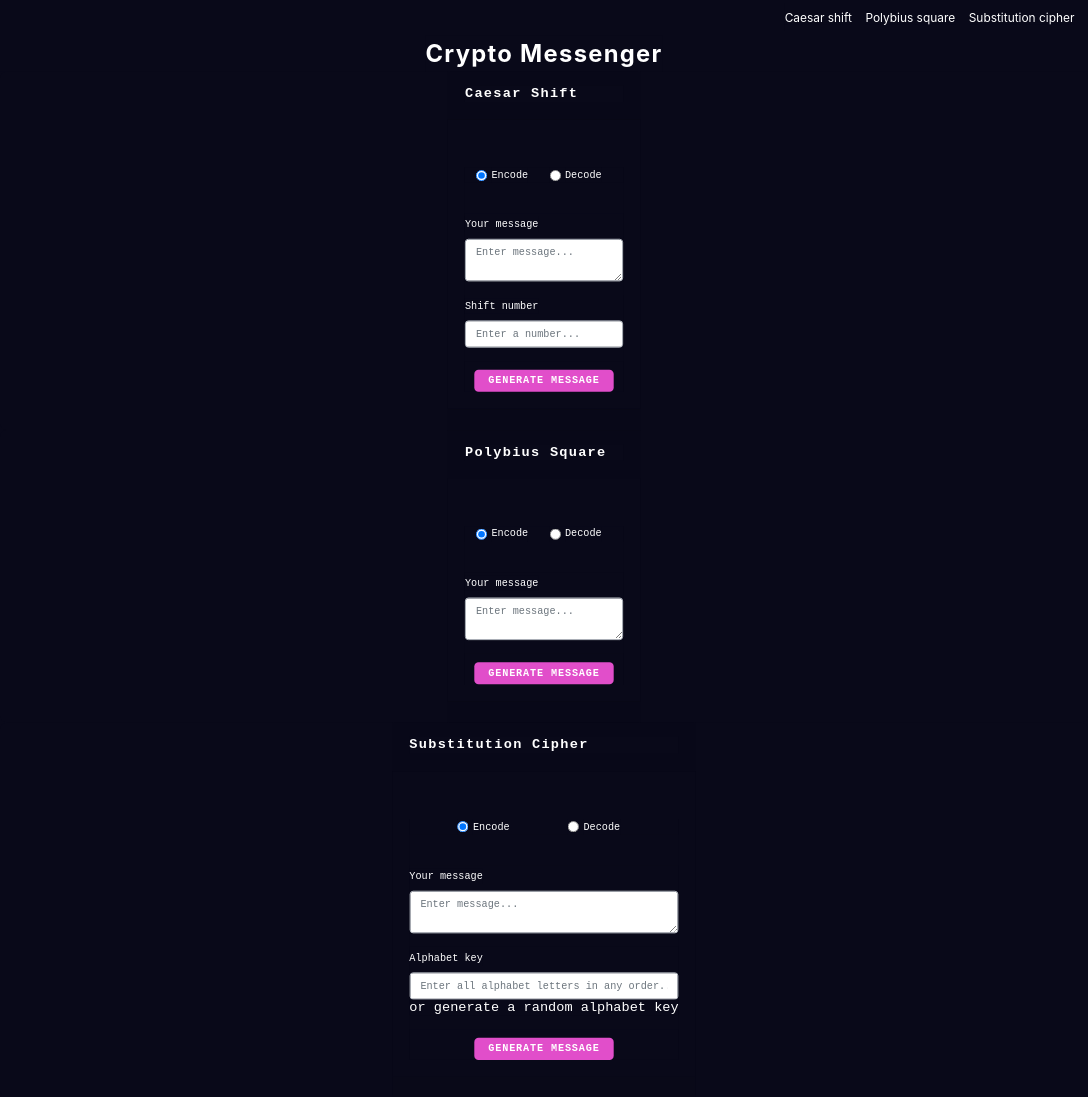
Repository: Rthompson2548/Project-Decoder-Ring
Page: index.html
The author's editor kept a copy of each file at every save. The page is drawn from the files as they stood at one save, then again after the next save.
The browser window is 1280 px wide. The pictures show the whole page, at 85% of full size.

Above is the page before, as saved 2022-04-09 20:10:26.

### index.html
<!DOCTYPE html>
<html lang="en">

<head>
  <!-- Required meta tags -->
  <meta charset="utf-8" />
  <meta name="viewport" content="width=device-width, initial-scale=1, shrink-to-fit=no" />
  <link rel="icon" href="images/favicon.ico" />
  <link rel="stylesheet" type="text/css" href="index.css" />
  <link rel="stylesheet" href="https://stackpath.bootstrapcdn.com/bootstrap/4.5.2/css/bootstrap.min.css"
    integrity="sha384-JcKb8q3iqJ61gNV9KGb8thSsNjpSL0n8PARn9HuZOnIxN0hoP+VmmDGMN5t9UJ0Z" crossorigin="anonymous" />
<link rel="preconnect" href="https://fonts.googleapis.com">
<link rel="preconnect" href="https://fonts.gstatic.com" crossorigin>
<link href="https://fonts.googleapis.com/css2?family=Archivo&family=Montserrat&family=Work+Sans&display=swap"
  rel="stylesheet">
  <title>Crypto-Messenger</title>
</head>

<body>
  <header class="container-fluid border-0">
    <div class="nav-bar fixed-top">
      <div class="nav-bar">
        <a href="#caesar-shift"> <span class="nav-bar-item">
            Caesar shift
          </span> </a>
          <a href="#polybius-square"> <span class="nav-bar-item">
            Polybius square
          </span> </a>
          <a href="#substitution-cipher"> <span class="nav-bar-item">
            Substitution cipher
          </span> </a>
      </div>
    </div>
  </header>
  <main>
    <div class="header">
      <span class="page-title">
        Crypto Messenger
      </span>
      <!-- <p>Use ciphers to encode & decode messages</p> -->
      </div>

    <div class="page-content">
      <!-- Caesar Shift -->
      <section class="language-card">
        <div id="caesar-shift">
          <div class="card-header">
            <h2 class="language-card-title">Caesar Shift</h2>
            </div>
            <div class="card-body">
            <!-- <p class="language-card-description"> The Caesar Shift is a type of substitution cipher originally used by
              Julius Caesar to protect messages of military significance. It relies on taking the alphabet and
              "shifting" letters to the right or left, based on the typical alphabetic order. </p> -->
            <form id="caesar">
<!-- encode/decode radio option buttons -->
              <div class="encode-decode-options">
                <!-- encode option radio button -->
                <div class="form-check form-check-inline">
                  <input class="form-check-input" type="radio" name="caesar-options" id="caesar-options-encode" value="encode" checked />

                  <label class="form-check-label" for="caesar-options-encode">
                    Encode
                  </label>

                </div>
<!-- decode option radio button -->
                <div class="form-check form-check-inline">
                  <input class="form-check-input" type="radio" name="caesar-options" id="caesar-options-decode" value="decode" />

                  <label class="form-check-label" for="caesar-options-decode">
                    Decode
                  </label>

                </div>
              </div>

              <div class="form-group">
                <label for="caesar-input">Your message</label>
                <textarea class="form-control" id="caesar-input" rows="2" placeholder="Enter message..."></textarea>
                </div>
                <div class="form-group">
                  <label for="caesar-shift">Shift number</label>
                  <input type="number" class="form-control" id="caesar-shift" placeholder="Enter a number..." />
                </div>
              <div class="submit-button-container">
                <button class="submit-button" type="submit">GENERATE MESSAGE</button>
              </div>
            </form>
            </div>
          <div id="caesar-alert" class="alert alert-danger d-none" role="alert"> Something went wrong! Check your input
            and the shift amount and try again. </div>
          <div class="card-footer"><span class="font-weight-bold" id="caesar-output"></span> </div>
          </div>
          </section>
      <!-- Polybius -->
      <section class="language-card">
        <div id="polybius-square">
          <div class="card-header">
            <h2 class="language-card-title">Polybius Square</h2>
            </div>
            <div class="card-body">
            <!-- <p class="language-card-description"> The Polybius Square is a cipher that is achieved by arranging a
              typical alphabet into a grid. Each letter is represented through a coordinate. For example, in the above
              table, the letter "B" would be represented by the numerical pair "21". </p> -->
            <form id="polybius">
              <div class="encode-decode-options">
                <div class="form-check form-check-inline">
                  <input class="form-check-input" type="radio" name="polybius-options" id="polybius-options-encode" value="encode"
                    checked />
                  <label class="form-check-label" for="polybius-options-encode">Encode</label>
                </div>
                <div class="form-check form-check-inline">
                  <input class="form-check-input" type="radio" name="polybius-options" id="polybius-options-decode" value="decode" />
                  <label class="form-check-label" for="polybius-options-decode">Decode</label>
                </div>
              </div>
              <div class="form-group">
                <label for="polybius-input">Your message</label>
                <textarea class="form-control" id="polybius-input" rows="2" placeholder="Enter message..."></textarea>
                </div>
              <div class="submit-button-container">
                <button class="submit-button" type="submit">GENERATE MESSAGE</button>
              </div>
            </form>
            </div>
          <div id="polybius-alert" class="alert alert-danger d-none" role="alert"> Something went wrong! Check your
            input and try again. </div>
          <div class="card-footer"><span class="font-weight-bold" id="polybius-output"></span> </div>
          </div>
          </section>
      <!-- Substitution -->
      <section class="language-card" id="substitution-cipher">
        <div>
          <div class="card-header">
            <h2 class="language-card-title">Substitution Cipher</h2>
            </div>
            <div class="card-body">

            <form id="substitution">
              <div class="encode-decode-options">
                <div class="form-check form-check-inline">
                  <input class="form-check-input" type="radio" name="substitution-options" id="substitution-options-encode"
                    value="encode" checked />
                  <label class="form-check-label" for="substitution-options-encode">Encode</label>
                </div>
                <div class="form-check form-check-inline">
                  <input class="form-check-input" type="radio" name="substitution-options" id="substitution-options-decode"
                    value="decode" />
                  <label class="form-check-label" for="substitution-options-decode">Decode</label>
                </div>
              </div>
              <div class="form-group">
                <label for="substitution-input">Your message</label>
                <textarea class="form-control" id="substitution-input" rows="2" placeholder="Enter message..."></textarea>
                </div>
                <div class="form-group">
                  <label for="substitution-alphabet">Alphabet key</label>
                  <input type="text" class="form-control" id="substitution-alphabet" maxlength="26"
                    placeholder="Enter all alphabet letters in any order...." />
<h6>or generate a random alphabet key</h6>
                </div>
              <div class="submit-button-container">
                <button class="submit-button" type="submit">GENERATE MESSAGE</button>
              </div>
            </form>
            </div>
          <div id="substitution-alert" class="alert alert-danger rounded-0 d-none" role="alert"> Something went wrong!
            Check your input and alphabet key. </div>
          <div class="card-footer border-0"><span class="font-weight-bold" id="substitution-output"></span> </div>
          </div>
          </section>
    </div>

  </main>
  <script src="./scripts/setup.js"></script>
  <script src="./src/caesar.js"></script>
  <script src="./src/polybius.js"></script>
  <script src="./src/substitution.js"></script>
  <script src="./scripts/caesar.js"></script>
  <script src="./scripts/polybius.js"></script>
  <script src="./scripts/substitution.js"></script>
</body>

</html>

### index.css
* {
  background-color: rgb(9 9 25);
  color: #fff;
  margin: 0;
  padding: 0;
}

html, body, #page {
    height:100%;
    width:100%;
    margin:0;
    padding:0;
}

input, textarea {
  font-size: 12px !important;
}

.page-content {
  font-family: 'Space Mono', monospace;
  align-items: center;
  /* width: 750px; */
}

.page-title {
  color: #fff;
  font-size: 28px;
  font-weight: bold;
  display: flex;
  letter-spacing: 1.5px;
  justify-content: center;
  margin-top: 42px;
}

.nav-bar {
  display: flex;
  justify-content: center;
  padding: 4px 0;
}

.nav-bar-item {
  font-size: 14px;
  margin-right: 16px;
}

.header {
  display: flex;
  justify-content: center;
}

.encode-decode-options {
  display: flex;
  justify-content: space-evenly;
  margin: 36px 0;
  font-size: 15px;
}

.language-card {
  display: flex;
  justify-content: center !important;
  color: #000;
  border: none;
  border-radius: 8px;
  /* margin: 0 10%; */
}

.language-card-title {
  font-size: 20px;
  font-weight: bold;
  letter-spacing: 1.5px;
  margin-top: 5px;
}

.language-card-description {
  font-size: 14px;
  line-height: 1.5rem;
  letter-spacing: 0.5px;
  margin-bottom: 18px;
}

.submit-button-container {
  display: flex;
  justify-content: center;
}

.submit-button {
  background-color: rgb(225 78 202);
  border: none;
  color: #fff;
  border-radius: 5px;
  padding: 4px 16px;
  margin-top: 10px;
  font-size: 12px;
  letter-spacing: 1px;
  font-weight: bold;
}

@media (min-width: 1000px) {

  .page-content {

  }

  .nav-bar {
    justify-content: end;
  }

  .language-card-title {
    font-size: 16px;
  }

  .language-card-description {
    font-size: 12px;
  }

  label {
    font-size: 12px;
  }
}

### src/caesar.js
const caesarModule = (function() {
    function caesar(input, shift, encode = true) {
        if (!shift || shift === 0 || shift < -25 || shift > 25) return false;
        /* create a variable that takes the input value and converts it to lower case letters so that all characters have the correct ascii values */
        let word = input.toLowerCase().split("");

        /** will subtract the shift value from the word if "decode" to return the original letters of the word */
        if (!encode) shift = 0 - shift;
        // create a variable that maps each letter of the word
        const message = word.map((letter) => {
            let asciiValue = letter.charCodeAt(0) - 97;
            if (asciiValue < 0 || asciiValue > 26) return letter;

            /* add the ascii code value of the letter to the
            shift argument value to convert  it to the right
            character */
            asciiValue += shift;

            /* if the character's value is less than the 'a' value,
            add 26 to it so that it wraps around the alphabet. */
            if (asciiValue < 0) asciiValue += 26;
            asciiValue = asciiValue % 26;

            /* why do we add the ascii value to 97, which is 'a', if
            we already added it's ascii value to shift? Isn't that how
            we encode the message? */

            asciiValue += 97;

            /* user String.fromCharCode to connect the ascii
            code message back to letter values */
            return String.fromCharCode(asciiValue);
        });

        /* join each new character together to create a full word */
        return message.join("");
    }


    return {
        caesar,
    };
})();

module.exports = {
    caesar: caesarModule.caesar
};

### src/polybius.js
const polybiusModule = (function() {
    function polybius(input, encode = true) {
        /* create a variable that takes the input message, converts it all to lowercase, and use split to return an array of each letter separated by a single comma */
        const split = input.toLowerCase().split("");
        /* create an array of every letter(s) in the polybius square. This array will be separated into multiple inner arrays of letters within the array according to their row */
        const polybiusSquare = [
            ["a", "b", "c", "d", "e"],
            ["f", "g", "h", "(i/j)", "k"],
            ["l", "m", "n", "o", "p"],
            ["q", "r", "s", "t", "u"],
            ["v", "w", "x", "y", "z"],
        ];
        /* create an if statement for what to do if the inputted message should be encoded */
        if (encode) {
            /* create a variable that uses map method on the lowercase message */
            const codedMessage = split.map((letter) => {
                /* create a variable that takes each character from the inputted message array and converts it into it's unicode value. */
                const asciiLetterValue = letter.charCodeAt(0);
                /* use an if statement to return only characters between
                   lowercase 'a' and 'z' ascii values, as well as checking that
                   the character is not a space  */
                if ((asciiLetterValue < 97 || asciiLetterValue > 122) && asciiLetterValue != 32) return;
                /* run a for loop through the polybius square array */
                for (let i = 0; i < polybiusSquare.length; i++) {
                    /* run a for loop within that for loop through each inner array */
                    for (let j = 0; j < polybiusSquare[i].length; j++) {
                        if (polybiusSquare[i][j] === letter) return `${j + 1}${i + 1}`;
                        if (letter === "i" || letter === "j") return "42";
                        if (letter === " ") return " ";
                    }
                }
            });
            /* return the variable that split and lower case'd the original message argument */
            return codedMessage.join("");
        }

        /* decode */

        /* set a variable as an empty string to hold decoded message */
        let codedMessage = "";
        /* run a for loop through the message array, but increment i by 2, because each encoded character amounts to 2 number values */
        for (let i = 0; i < split.length; i += 2) {
            /* create an if statement that checks if the value in the message is a space */
            if (split[i] === " ") {
                /* if the value is true, then add a space string to the decoded message string */
                codedMessage += " ";
                /* switch incrementor to go back one "a" value in order to not include the next number in the string */
                i--;
                /* run a continue statement, which will terminate the i-1 incrementor and return back to a+=2 for the next numbers in the string*/
                continue;
            }
            if (!split[i + 1]) return false; // invalid number of characters
            codedMessage += polybiusSquare[split[i + 1] - 1][split[i] - 1];
        }
        // return the coded message

        return codedMessage;
    }

    return {
        polybius,
    };
})();

module.exports = {
    polybius: polybiusModule.polybius
};

### src/substitution.js
const substitutionModule = (function () {
/* helper function for message and both alphabet strings */
    function mapInput(message, alphabetA, alphabetB) {

        /* use the map method on the input message */
        return message.map((letter) => {
            const index = alphabetA.indexOf(letter);
            /* if statement that returns any characters that
             were not found in the string */
            if (index === -1) return letter;
            return alphabetB[index];
        });
    }

  function substitution(input, alphabet, encode = true) {
        if (!alphabet || alphabet.length != 26) return false;

        /* variable that takes the correct alphabet
        string and returns an array of the letters, separated by a comma */
        const abc = "abcdefghijklmnopqrstuvwxyz".split("");

        /* variable that takes the alphabet argument and
        returns it in lower case, separated by commas */
        const splitAlphabet = alphabet.toLowerCase().split("");

        /* variable that takes the message argument,
        and returns it converted to lower case and separated
        by commas */
        const message = input.toLowerCase().split("");

        /* use a nested for loop to compare the characters
          in the alphabet argument to check for uniqueness */
        for (let i = 0; i < splitAlphabet.length; i++) {
            for (let j = i + 1; j < splitAlphabet.length; j++) {
                if (splitAlphabet[i] === splitAlphabet[j]) return false;
            }
        }

        if (encode) return mapInput(message, abc, splitAlphabet).join("");
        return mapInput(message, splitAlphabet, abc).join("");
}

  return {
    substitution,
  };
})();

module.exports = { substitution: substitutionModule.substitution };

### scripts/caesar.js
function caesarRenderer() {

  const form = document.querySelector("#caesar");

  form.addEventListener("submit", (event) => {
    event.preventDefault();

    /** grabs input value via the textarea's id */
    const input = event.target["caesar-input"].value;

    /** direction will be either "encode" or "decode" */
    const direction = event.target["caesar-options"].value;

    /** grabs the value of the shift number input (aka the number to shift the message by) */
    const shift = event.target["caesar-shift"].value;

    /** sets the value of the shift in integer form */
    const result =
      direction === "encode"
        ? caesarModule.caesar(input, Number(shift))
        : caesarModule.caesar(input, Number(shift), false);

    const alert = document.querySelector("#caesar-alert");

    if (result) {
      alert.classList.add("d-none");
      const output = document.querySelector("#caesar-output");
      output.innerHTML = result;
    } else {
      alert.classList.remove("d-none");
    }
  });
}

document.addEventListener("DOMContentLoaded", caesarRenderer);

### scripts/polybius.js
function polybiusRenderer() {
  const form = document.querySelector("#polybius");
  form.addEventListener("submit", (event) => {
    event.preventDefault();

    const input = event.target["polybius-input"].value;
    const direction = event.target["polybius-options"].value;
    const result =
      direction === "encode"
        ? polybiusModule.polybius(input)
        : polybiusModule.polybius(input, false);

    const alert = document.querySelector("#polybius-alert");
    if (result) {
      alert.classList.add("d-none");
      const output = document.querySelector("#polybius-output");
      output.innerHTML = result;
    } else {
      alert.classList.remove("d-none");
    }
  });
}

document.addEventListener("DOMContentLoaded", polybiusRenderer);

### scripts/substitution.js
function substitutionRenderer() {
  const form = document.querySelector("#substitution");
  form.addEventListener("submit", (event) => {
    event.preventDefault();

    const input = event.target["substitution-input"].value;
    const direction = event.target["substitution-options"].value;
    const alphabet = event.target["substitution-alphabet"].value;
    const result =
      direction === "encode"
        ? substitutionModule.substitution(input, alphabet)
        : substitutionModule.substitution(input, alphabet, false);

    const alert = document.querySelector("#substitution-alert");
    if (result) {
      alert.classList.add("d-none");
      const output = document.querySelector("#substitution-output");
      output.innerHTML = result;
    } else {
      alert.classList.remove("d-none");
    }
  });
}

document.addEventListener("DOMContentLoaded", substitutionRenderer);

Loaded but not shown: scripts/setup.js (common file)

After the next save:
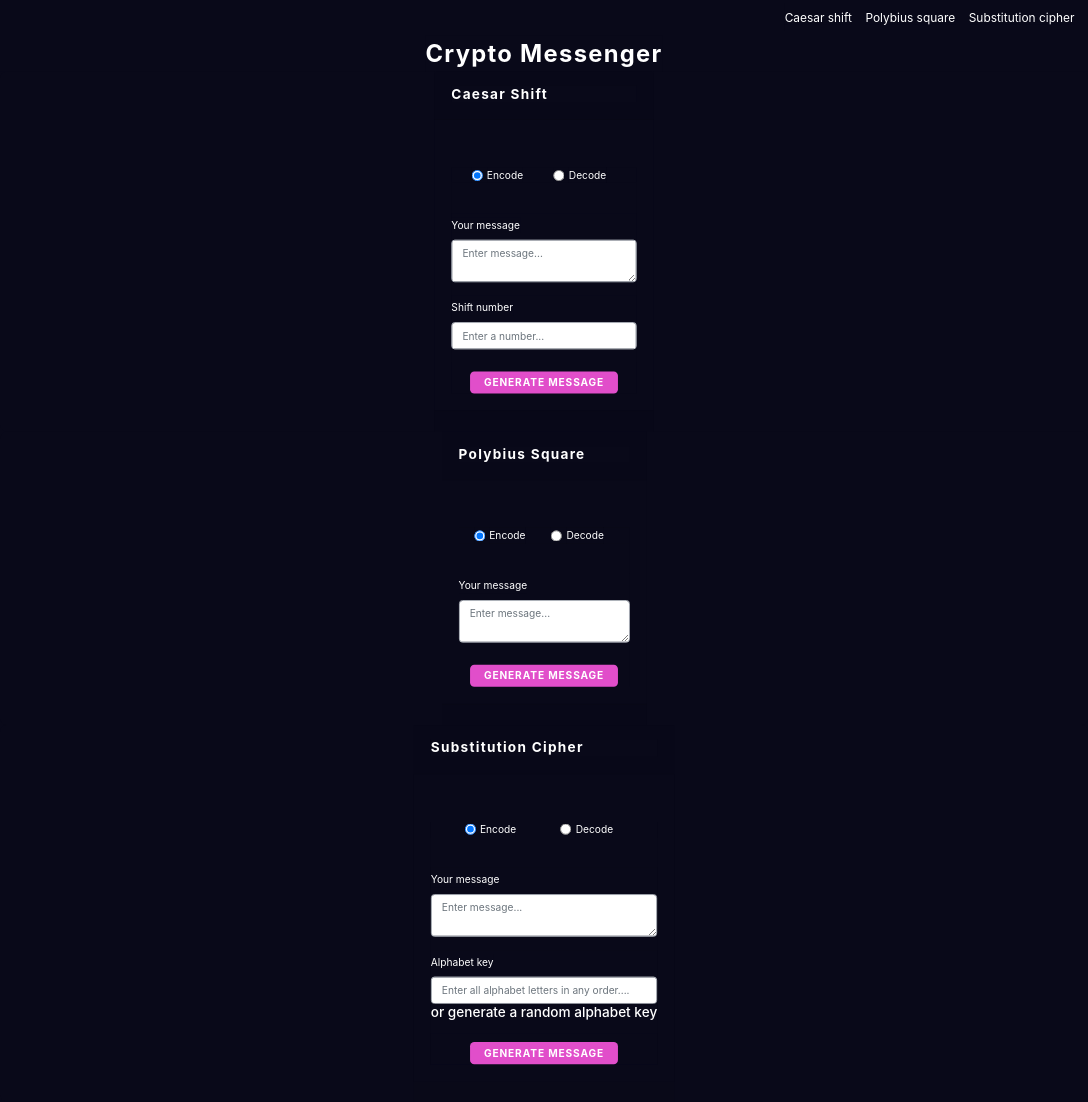
Saved 21 s later.
--- a/index.css
+++ b/index.css
@@ -17,7 +17,7 @@ input, textarea {
 }
 
 .page-content {
-  font-family: 'Space Mono', monospace;
+  /* font-family: 'Space Mono', monospace; */
   align-items: center;
   /* width: 750px; */
 }
